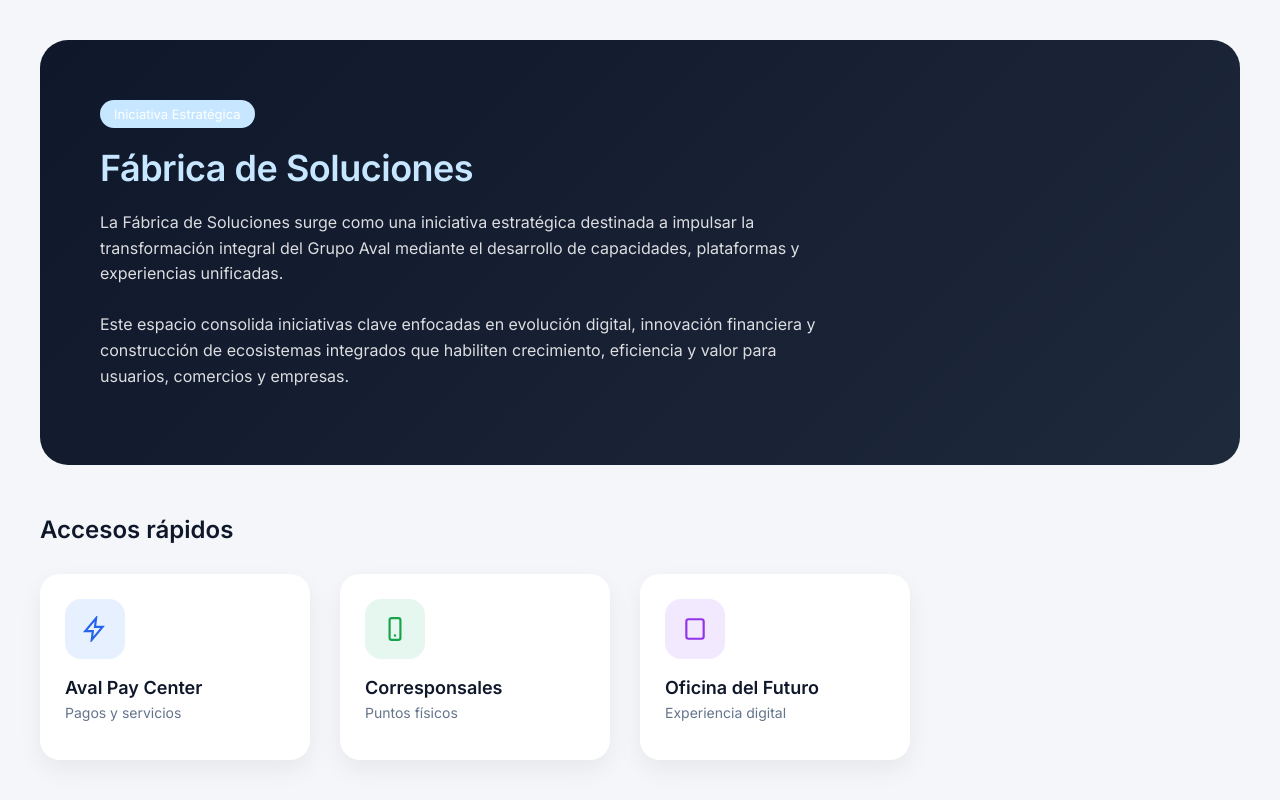
Repository: dalcava/Prototipos-Oficinas-del-futuro
Page: index.html
These files come from the project's save history. The page is drawn as it stood at one moment and after the next save; the edit follows.
The browser window is 1280 px wide. The pictures show the whole page.

Above is the page before, as saved 2026-02-13 00:14:29.

After the next save:
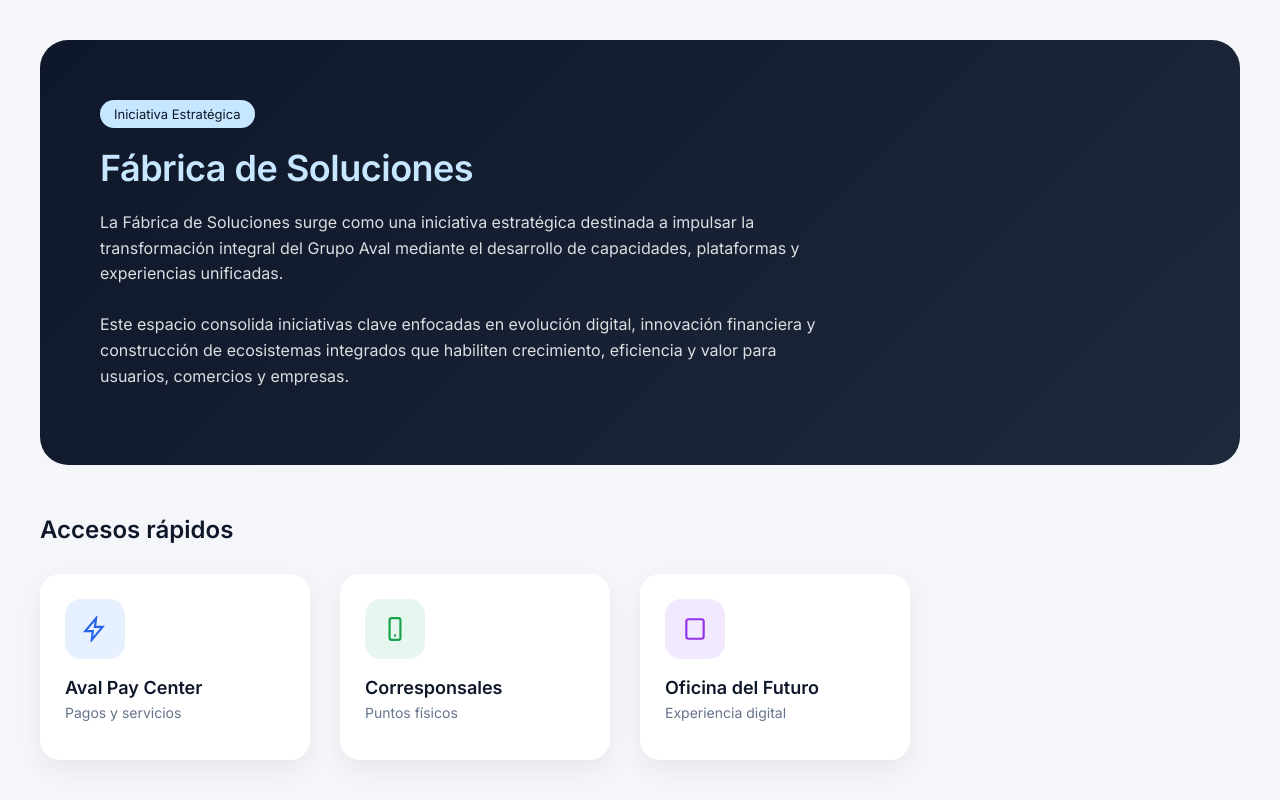
Saved 38 s later.
--- a/index.html
+++ b/index.html
@@ -62,6 +62,7 @@
   .hero-badge {
     display: inline-block;
     background: #C6E7FF;
+    color: #0f172a;
     padding: 6px 14px;
     border-radius: 20px;
     font-size: 13px;
